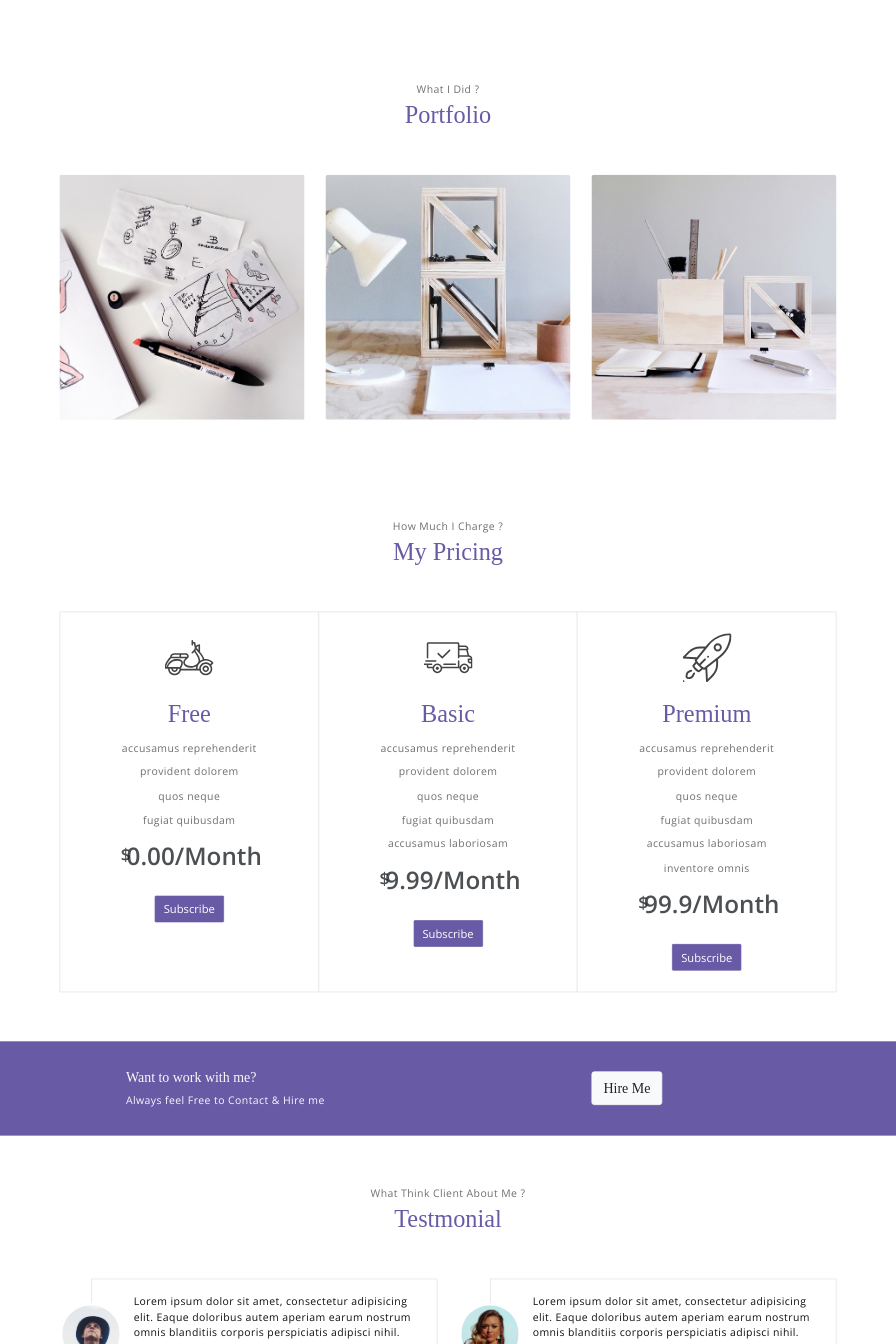
Repository: Soab42/portfolio
Page: /
These files come from the project's save history. The page is drawn as it stood at one moment and after the next save; the edit follows.
The browser window is 1280 px wide. The pictures show the part of the page from y = 1711 to 3631 px (the page is 5436 px tall before and 5086 px after), at 70% of full size.
Some web fonts or font styles are not loaded; a fallback is used. The project was rebuilt for these pictures with package versions that can differ from the ones it lists, and the page was loaded fresh each time. The framework's server and built-in components were replaced by stand-ins that run in the browser. Also part of the build but not shown: next.config.js.

Above is the page before, as saved 2023-10-09 14:09:20.

After the next save:
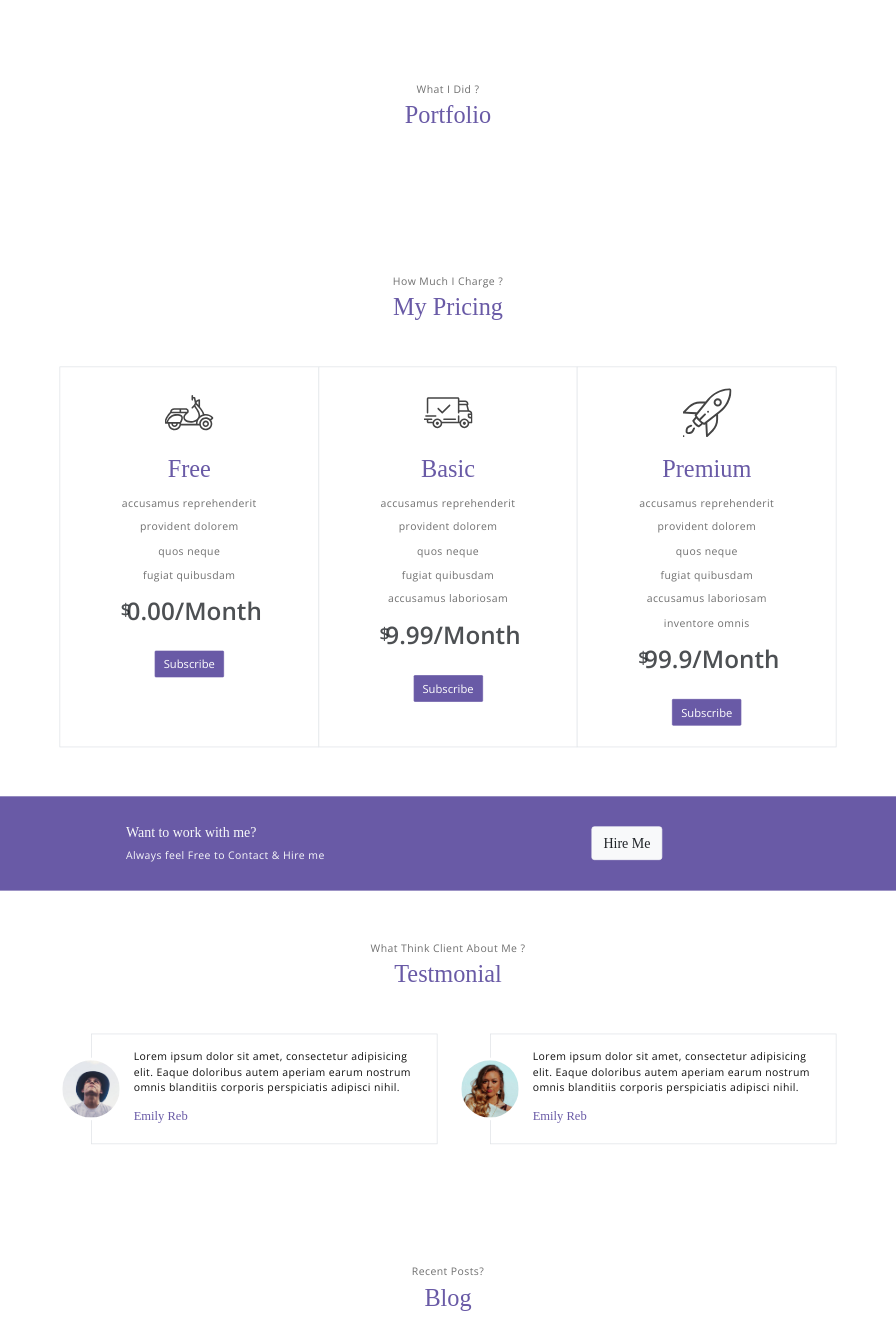
Saved 12 s later.
--- a/components/Portfolio.js
+++ b/components/Portfolio.js
@@ -9,7 +9,7 @@ export default function Portfolio() {
 
         {/* <!-- row --> */}
         <div className="row">
-          <div className="col-md-4">
+          {/* <div className="col-md-4">
             <a href="#" className="portfolio-card">
               <Image
                 width={350}
@@ -59,7 +59,7 @@ export default function Portfolio() {
                 </span>
               </span>
             </a>
-          </div>
+          </div> */}
         </div>
         {/* <!-- end of row --> */}
       </div>
